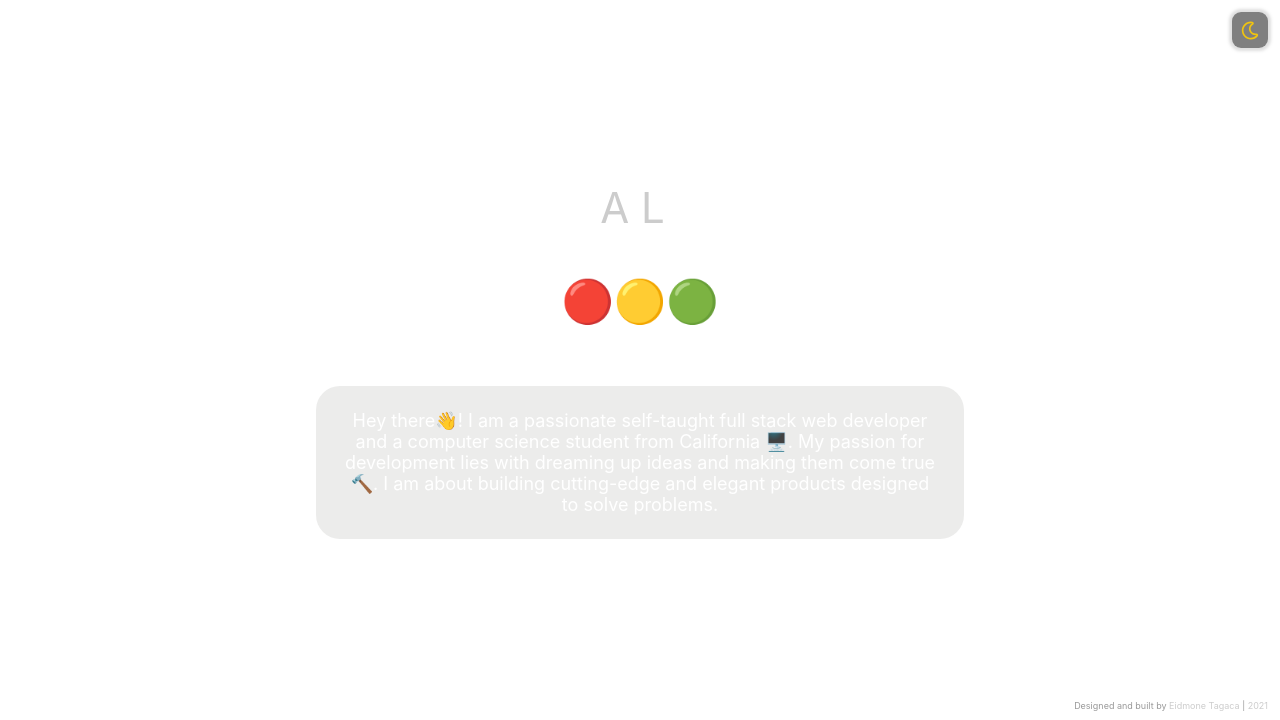
Repository: Tagaca19e/ET
Page: /
These files come from the project's save history. The page is drawn as it stood at one moment and after the next save; the edit follows.
The browser window is 1280 px wide. The pictures show the whole page.
The project was rebuilt for these pictures with package versions that can differ from the ones it lists, and the page was loaded fresh each time. Also part of the build but not shown: src/icons/Sun.jsx, src/icons/Resume.jsx.

Above is the page before, as saved 2021-07-22 23:41:15.

After the next save:
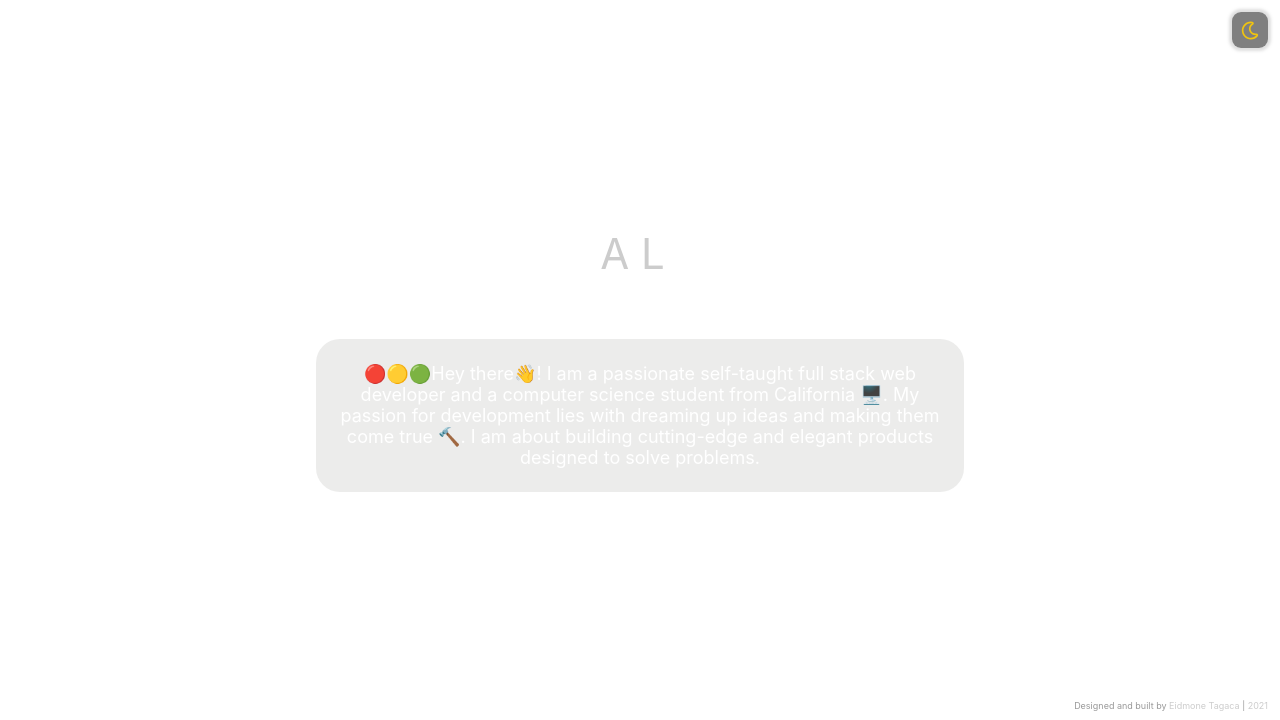
Saved 42 s later.
--- a/src/components/Content.jsx
+++ b/src/components/Content.jsx
@@ -86,7 +86,6 @@ export const Content = () => {
           data-v2="title"
           aria-label="I am a software engineer"
         />
-        <p> 🔴🟡🟢</p>
       </C.Title>
       <C.Skills
         theme={theme}
@@ -95,11 +94,12 @@ export const Content = () => {
       >
         <p1>
           {" "}
-          Hey there👋! I am a passionate self-taught full stack web developer
-          and a computer science student from California 🖥️. My passion for
-          development lies with dreaming up ideas and making them come true 🔨.
-          I am about building cutting-edge and elegant products designed to
-          solve problems.
+          {/* <p> 🔴🟡🟢</p> */}
+          🔴🟡🟢Hey there👋! I am a passionate self-taught full stack web
+          developer and a computer science student from California 🖥️. My
+          passion for development lies with dreaming up ideas and making them
+          come true 🔨. I am about building cutting-edge and elegant products
+          designed to solve problems.
         </p1>
         {/* <TextLoop interval={3000} delay={2000}>
           {[
